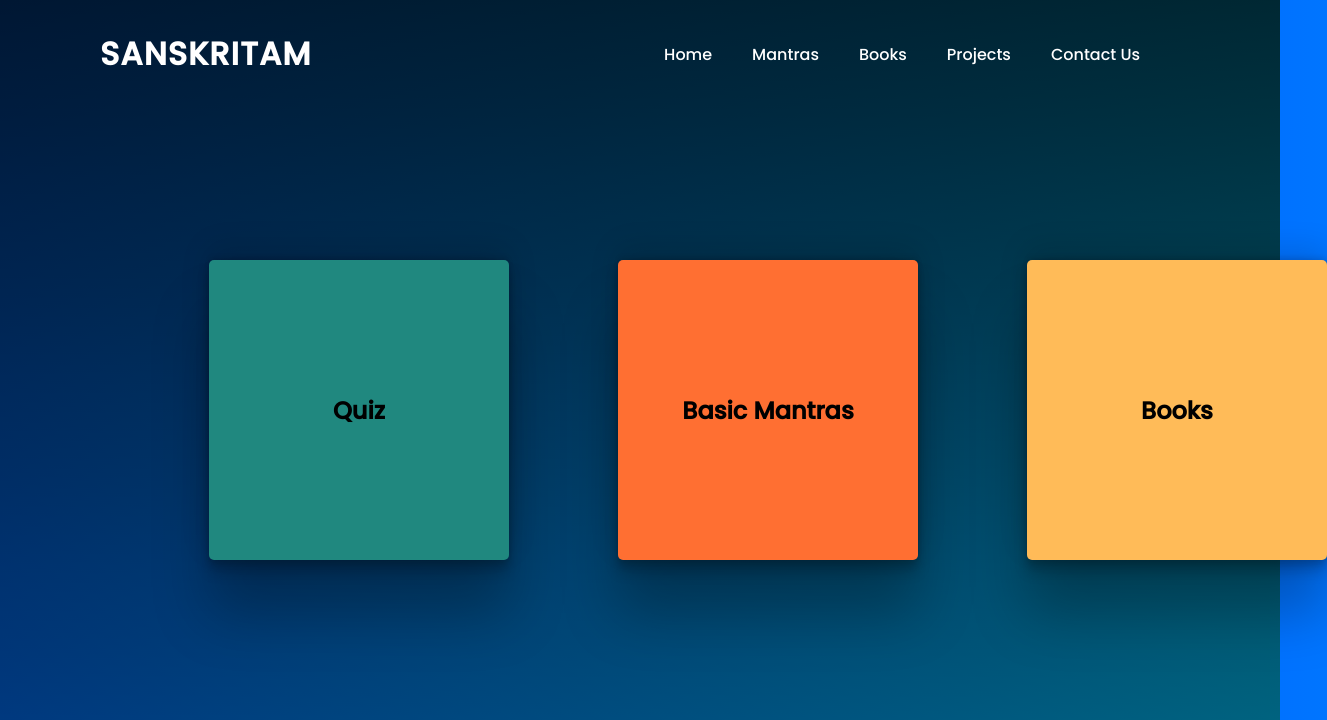
Repository: ritikalohia/Sanskritam
Page: index.html
These files come from the project's save history. The page is drawn as it stood at one moment and after the next save; the edit follows.
The browser window is 1280 px wide. The page is 1327 px wide, so the pictures cover 1327 px, including what lies to the right of the window. The pictures show the whole page.

Above is the page before, as saved 2021-01-04 13:42:12.

After the next save:
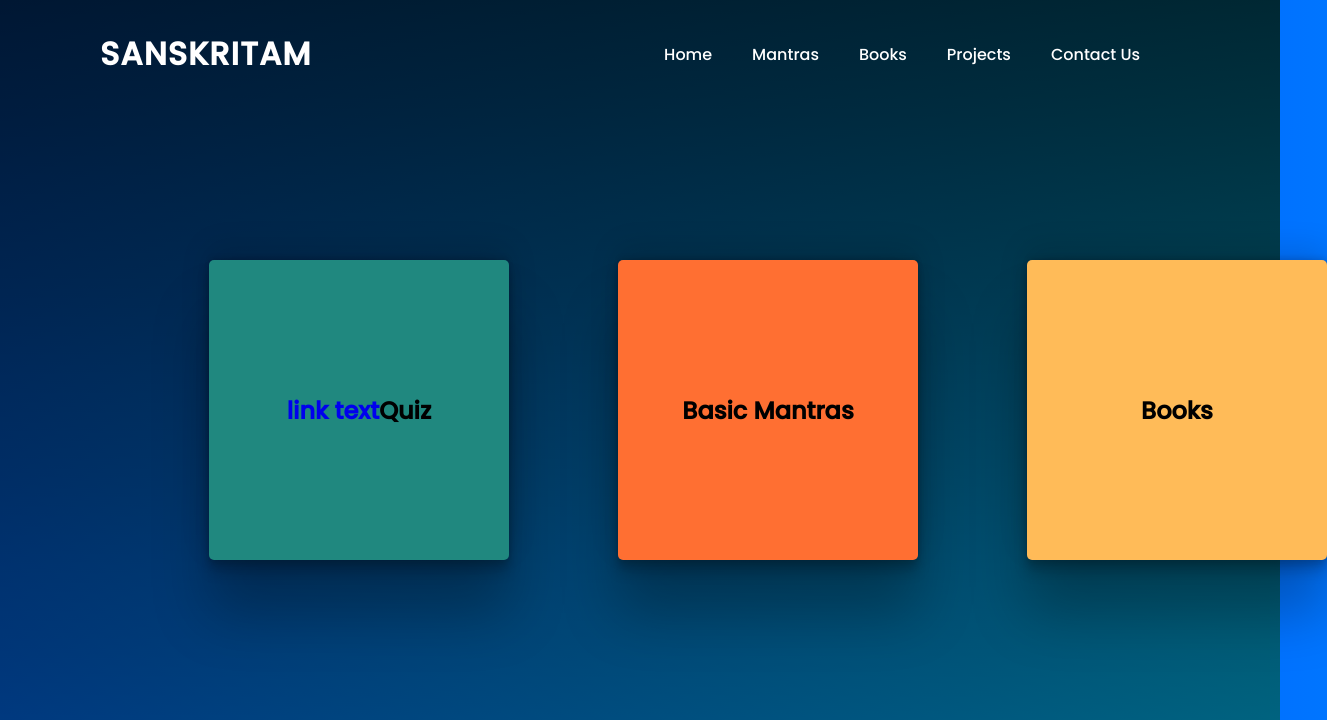
Saved 64 s later.
--- a/index.html
+++ b/index.html
@@ -25,7 +25,7 @@
                 <h1>Lessons</h1>
             </div> -->
             <div class="cards C2" data-hover="प्रश्नोत्तरी">
-                <h1>Quiz</h1>
+                <h1><a href="url">link text</a>Quiz</h1>
             </div>
             <div class="cards C3" data-hover="Mantra">
                 <h1>Basic Mantras</h1>
